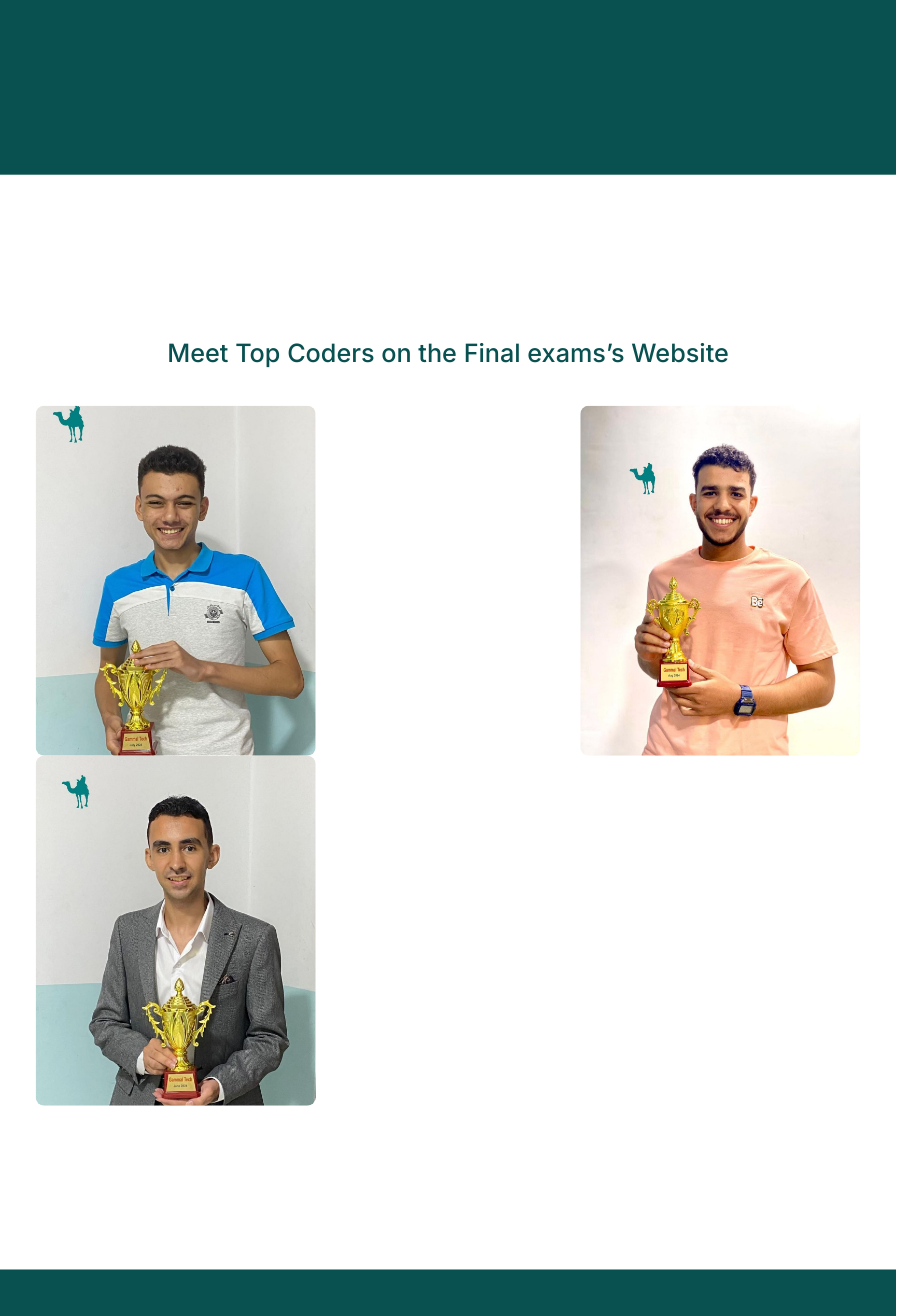
Repository: Ahmed77669/Internship-test
Page: /
The author's editor kept a copy of each file at every save. The page is drawn from the files as they stood at one save, then again after the next save.
The browser window is 1280 px wide. The page is 1311 px wide, so the pictures cover 1311 px, including what lies to the right of the window. The pictures show the part of the page from y = 3301 to 5181 px (the page is 5499 px tall before and 5515 px after), at 70% of full size.
Pictures or frames that could not be fetched are drawn as grey boxes. The project was rebuilt for these pictures with package versions that can differ from the ones it lists, and the page was loaded fresh each time. The framework's server and built-in components were replaced by stand-ins that run in the browser. Also part of the build but not shown: next.config.mjs.

Above is the page before, as saved 2024-10-13 23:44:13.

After the next save:
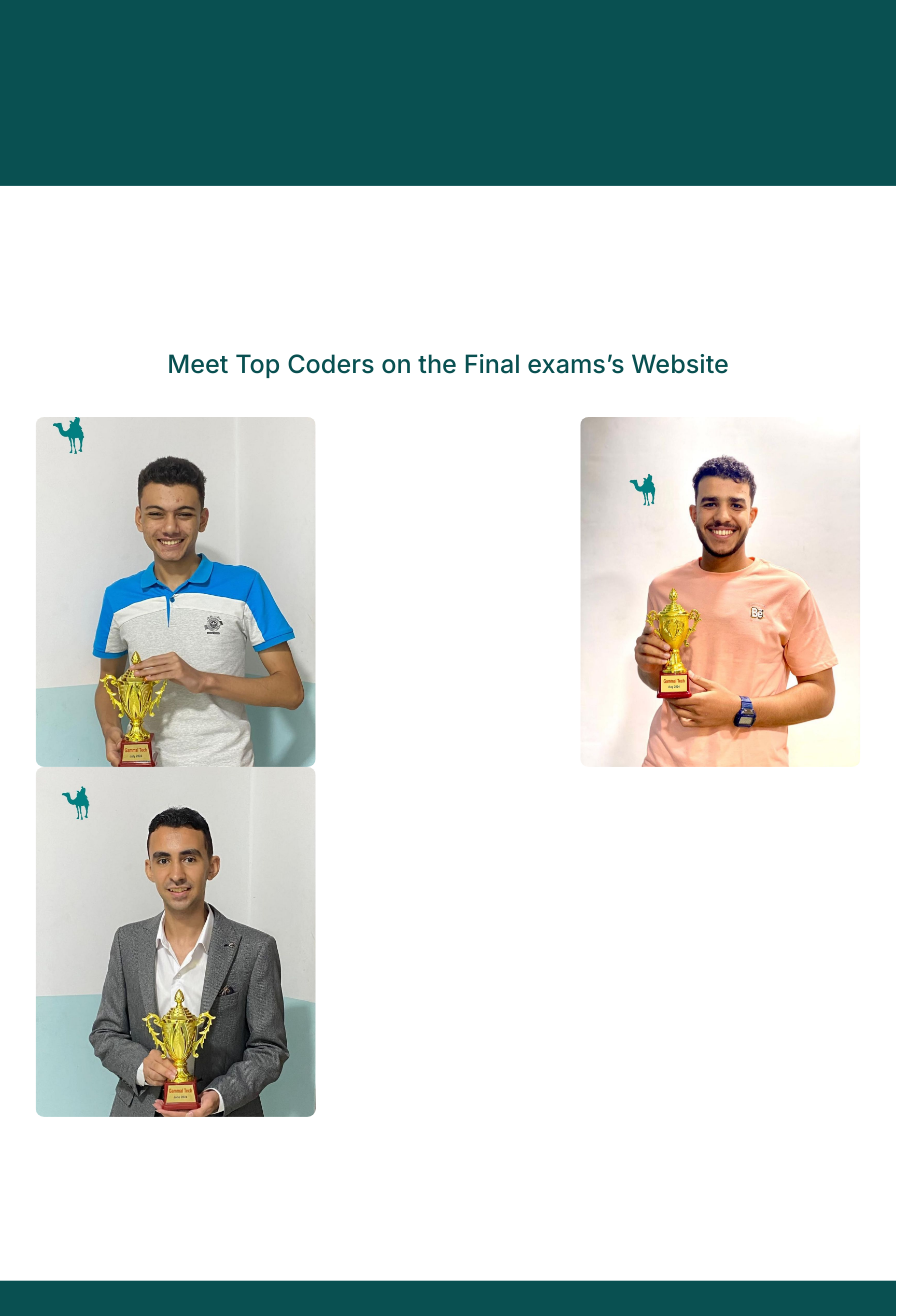
Saved 4 min 9 s later.
--- a/components/Home_1.tsx
+++ b/components/Home_1.tsx
@@ -125,7 +125,7 @@
                 width="100%"
                 height="280"
                 allow="autoplay; fullscreen; picture-in-picture"
-                className="rounded-xl transition-transform duration-300 hover:scale-110"
+                className="rounded-xl transition-transform duration-300 hover:scale-110 mb-4"
                 allowFullScreen
               ></iframe>
             ))}
